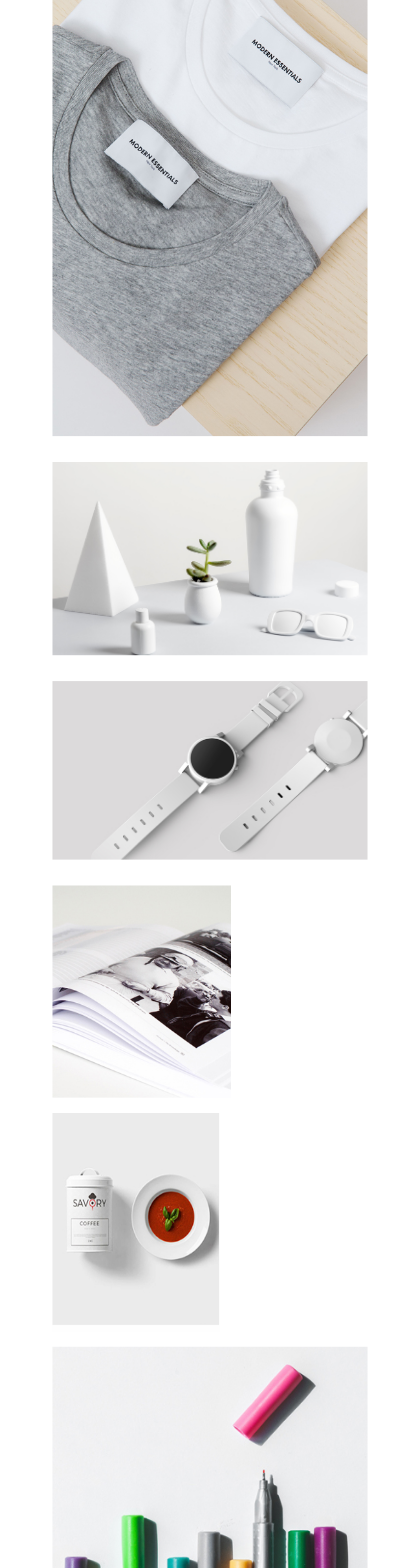
Repository: whoami2991/Sardorbek-Portfolio---Home
Page: index.html
These files come from the project's save history. The page is drawn as it stood at one moment and after the next save; the edit follows.
The browser window is 600 px wide. The pictures show the part of the page from y = 4260 to 6500 px (the page is 9416 px tall), at 70% of full size.

Above is the page before, as saved 2024-08-03 22:12:56.

After the next save:
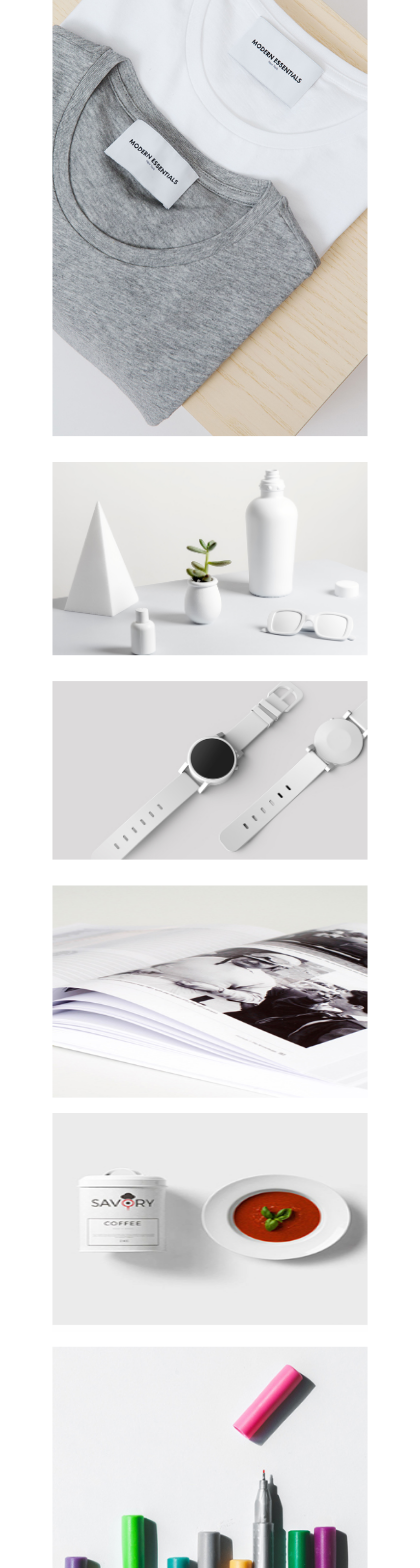
Saved 4 min 17 s later.
--- a/styles.css
+++ b/styles.css
@@ -510,4 +510,7 @@
     .portfolio-item-6{
         position: static;
     }
-}
+    .portfolio-item_image4, .portfolio-item_image5{
+        width: 100%;
+    }
+}
